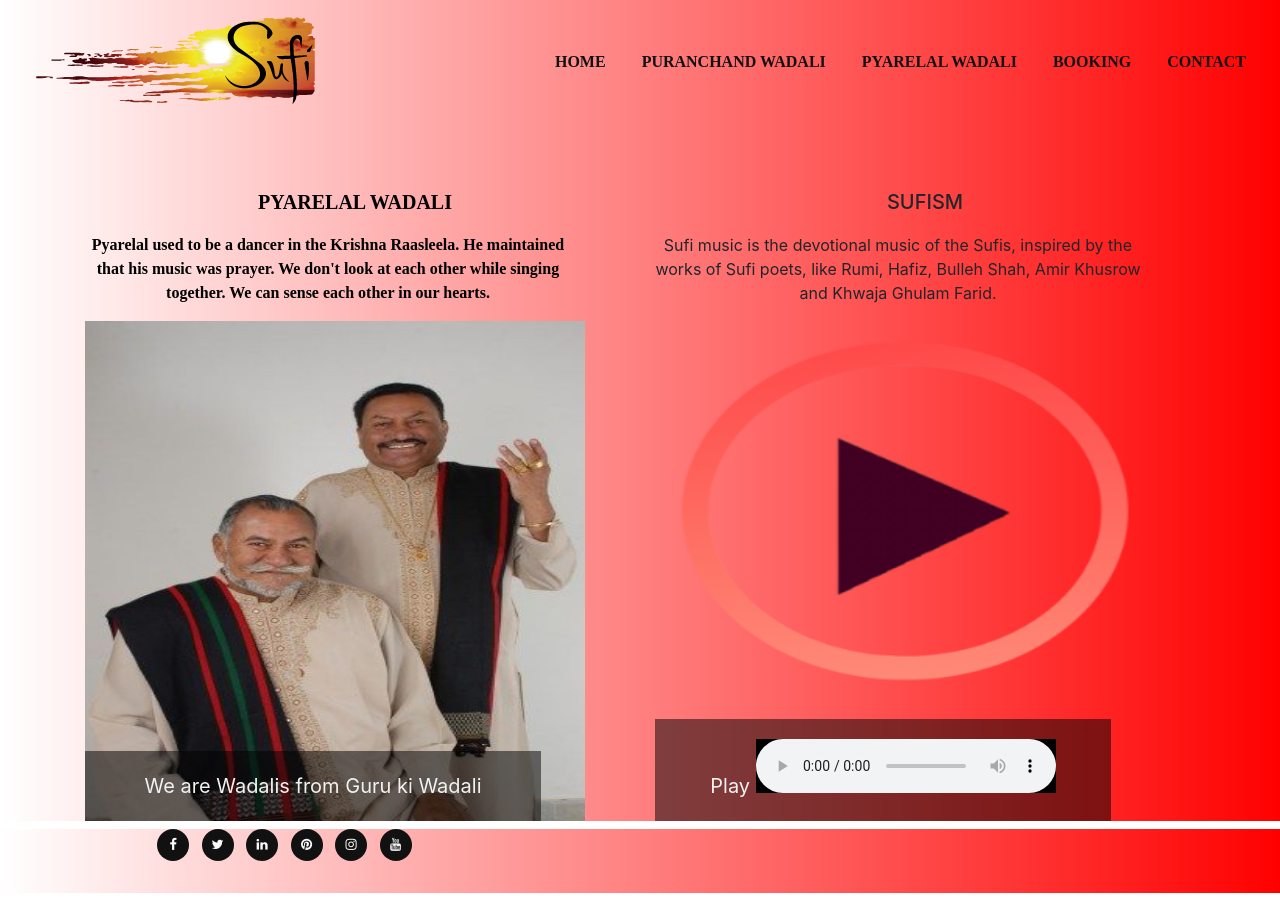
Repository: hankanallt/Wadalis
Page: pyare.html
The author's editor kept a record of every edit. The page is drawn from the files as they stood at one moment, then again after the next edit.
The browser window is 1280 px wide. The pictures show the whole page.

Above is the page before.

After the next edit:
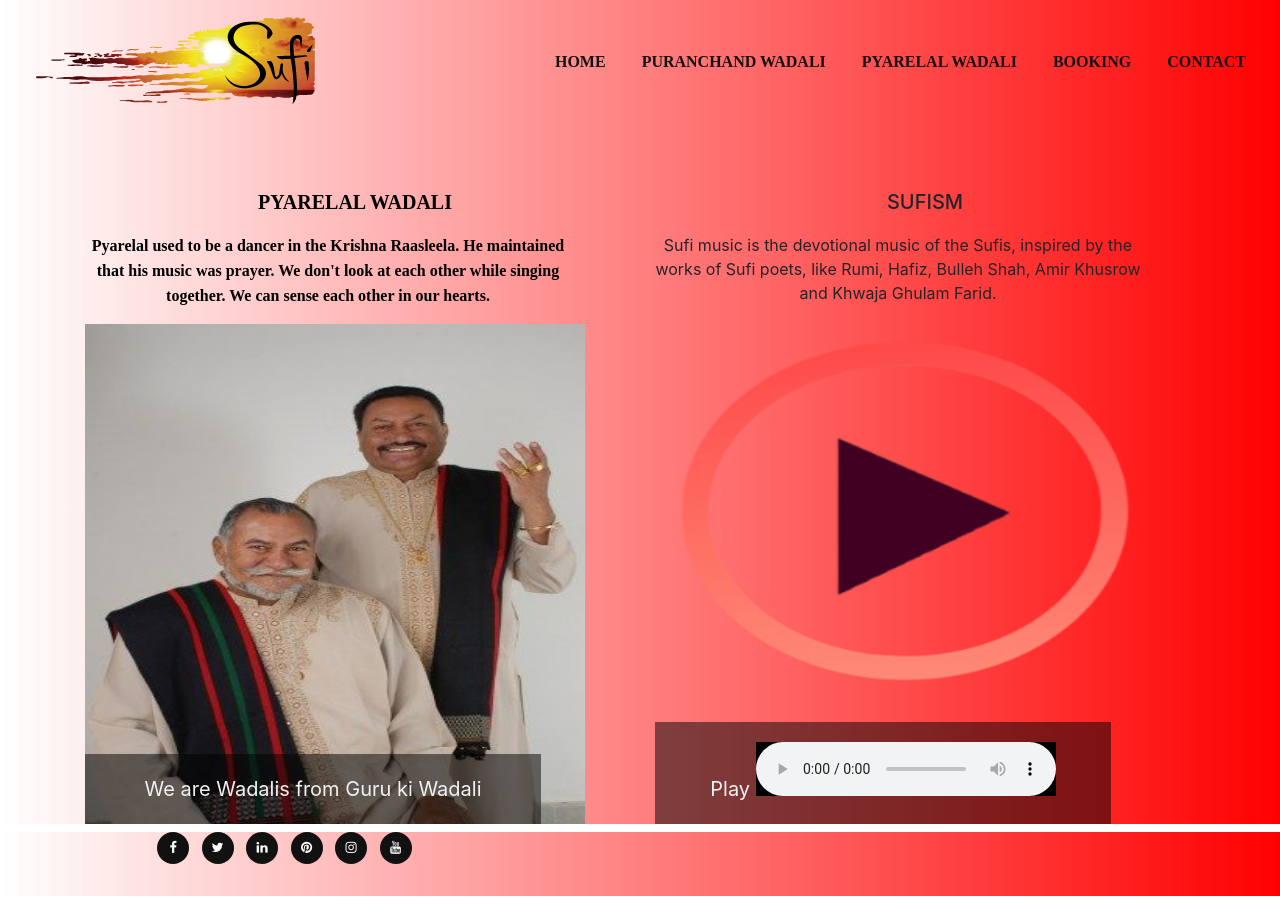
The edit:
--- a/pyare.html
+++ b/pyare.html
@@ -57,7 +57,7 @@
           <p class="title"><a href="#">PYARELAL WADALI</p>
           <p class="center">Pyarelal used to be a dancer in the Krishna Raasleela.
           He maintained that his music was prayer. We don't look at each other while singing together.
-          We can sense each other in our hearts.
+          We can sense each other in our hearts.</a>
           </p>
           <a href="#"><img src="images/pyarewadali.jpg" height="500" width="500"></a>
           <div class="overlay">We are Wadalis from Guru ki Wadali
